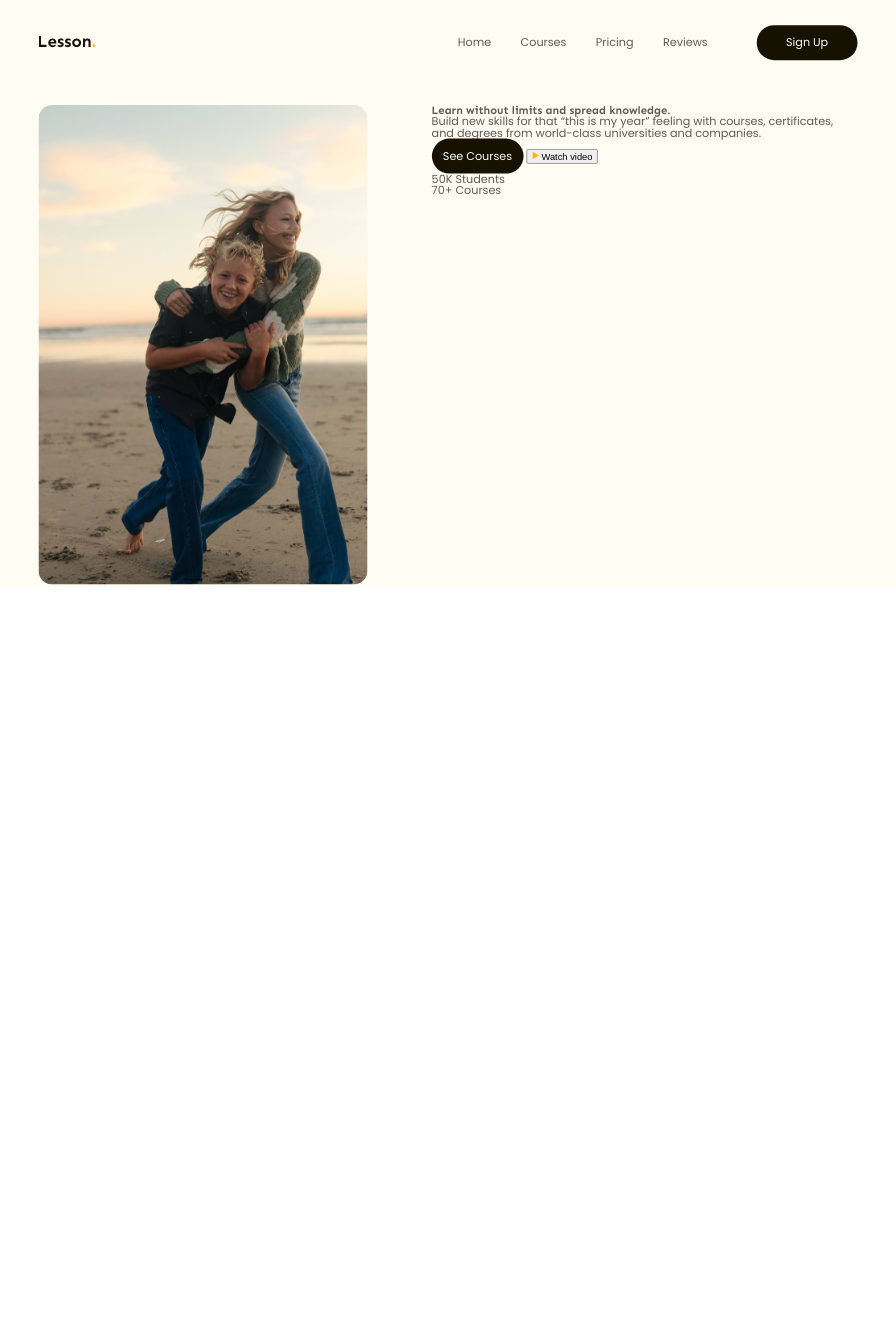
Repository: tinhtranjp/htmlcss-01
Page: index.html
The author's editor kept a copy of each file at every save. The page is drawn from the files as they stood at one save, then again after the next save.
The browser window is 1280 px wide. The pictures show the part of the page from y = 0 to 1920 px (the page is 5000 px tall), at 70% of full size.

Above is the page before, as saved 2023-01-20 05:08:29.

### index.html
<!DOCTYPE html>
<html lang="en">
  <head>
    <meta charset="UTF-8" />
    <meta http-equiv="X-UA-Compatible" content="IE=edge" />
    <meta name="viewport" content="width=device-width, initial-scale=1.0" />
    <title>Project-01</title>
    <link rel="stylesheet" href="./assets/css/reset.css" />
    <link rel="stylesheet" href="./assets/css/base.css" />
    <link rel="stylesheet" href="./assets/css/styles.css" />
    <link rel="preconnect" href="https://fonts.googleapis.com" />
    <link rel="preconnect" href="https://fonts.gstatic.com" crossorigin />
    <link
      href="https://fonts.googleapis.com/css2?family=Poppins:ital,wght@0,400;0,500;0,600;0,700;1,400&family=Sen:wght@700&display=swap"
      rel="stylesheet"
    />
  </head>
  <body>
    <div class="main" style="height: 5000px">
      <!-- Header -->
      <header class="header fixed">
        <div class="content">
          <div class="body">
            <a href=""
              ><img src="./assets/img/Lesson..svg" alt="Lesson." class="logo"
            /></a>

            <nav class="nav">
              <ul class="nav-list">
                <li class="nav-item">
                  <a href="#!">Home</a>
                </li>
                <li class="nav-item">
                  <a href="#!">Courses</a>
                </li>
                <li class="nav-item">
                  <a href="#!">Pricing</a>
                </li>
                <li class="nav-item">
                  <a href="#!">Reviews</a>
                </li>
              </ul>
            </nav>

            <div class="acction">
              <a href="#!" class="btn acction-btn">Sign Up</a>
            </div>
          </div>
        </div>
      </header>

      <!-- Hero -->
      <div class="hero">
        <div class="content">
          <div class="body">
            <div class="media">
              <img
                src="./assets/img/hero-img.jpg"
                alt="Learn without limits and spread knowledge."
                class="img-media"
              />
            </div>
            <div class="info">
              <h1 class="title">Learn without limits and spread knowledge.</h1>
              <p class="desc">
                Build new skills for that “this is my year” feeling with
                courses, certificates, and degrees from world-class universities
                and companies.
              </p>
              <div class="accition">
                <a href="" class="btn">See Courses</a>
                <button>
                  <img src="./assets/img/Polygon 2.svg" alt="" />
                  <span>Watch video</span>
                </button>
              </div>
              <p class="desc"></p>
              <p class="qty"><strong>50K</strong> Students</p>
              <p class="qty"><strong>70+</strong> Courses</p>
            </div>
          </div>
        </div>
      </div>
    </div>
  </body>
</html>

### assets/css/base.css
* {
  box-sizing: border-box;
}

:root {
  --primary-color: #ffb900;
}

html {
  font-size: 62.5%;
}

body {
  font-size: 1.6rem;
  font-family: "Poppins", sans-serif;
  font-weight: 400;
  color: #5f5b53;
}

.content {
  width: 1170px;
  max-width: calc(100% - 48px);
  margin-left: auto;
  margin-right: auto;
}

h1,
h2 {
  font-family: "Sen", sans-serif;
  font-weight: 700;
}

.text-line2 {
  display: -webkit-box;
  -webkit-line-clamp: 2;
  -webkit-box-orient: vertical;
  overflow: hidden;
}

.text-line2.text-line3 {
  -webkit-line-clamp: 3;
}

a {
  text-decoration: none;
}

.btn {
  display: inline-block;
  min-width: 118px;
  padding: 0 16px;
  height: 50px;
  line-height: 50px;
  text-align: center;
  background: #171100;
  border-radius: 25px;
  color: #fff;
}

.btn:hover {
  cursor: pointer;
  opacity: 0.9;
}

### assets/css/styles.css
/* ========================> Header <======================= */

.header {
  padding-top: 28px;
  background: #fffcf4;
}

.fixed {
  position: sticky;
  left: 0;
  top: -28px;
}

.header .logo:hover {
  cursor: pointer;
}

.header .body {
  display: flex;
  align-items: center;
  padding: 8px 0;
}

.header nav {
  margin-left: auto;
}

.header .nav-list {
  display: flex;
  align-items: center;
}

.header .nav-item > a {
  display: inline-block;
  padding: 8px 21px;
  line-height: 1.75;
  color: #5f5b53;
}

.header .nav-item > a::after {
  content: "";
  display: block;
  width: 0;
  height: 1.2px;
  background: var(--primary-color);
  transition: ease 0.4s;
}

.header .nav-item > a:hover::after {
  width: 100%;
}

.header .acction {
  margin-left: 49px;
}

.acction-btn {
  min-width: 144px;
}

.acction-btn:hover {
  background-color: transparent;
  color: #333;
  background-color: var(--primary-color);
  opacity: 0.7;
  transition: ease-in 0.2s;
}

/* ======================> Hero <==================== */

.hero {
  padding-top: 56px;
  background: #fffcf4;
}

.hero .body {
  display: flex;
}

.hero .media {
  width: 48%;
}

.hero .img-media {
  width: 470px;
  height: 685px;
  object-fit: cover;
  border-radius: 20px;
}

.hero .info {
  width: 52%;
}

Loaded but not shown: assets/css/reset.css (common file)

After the next save:
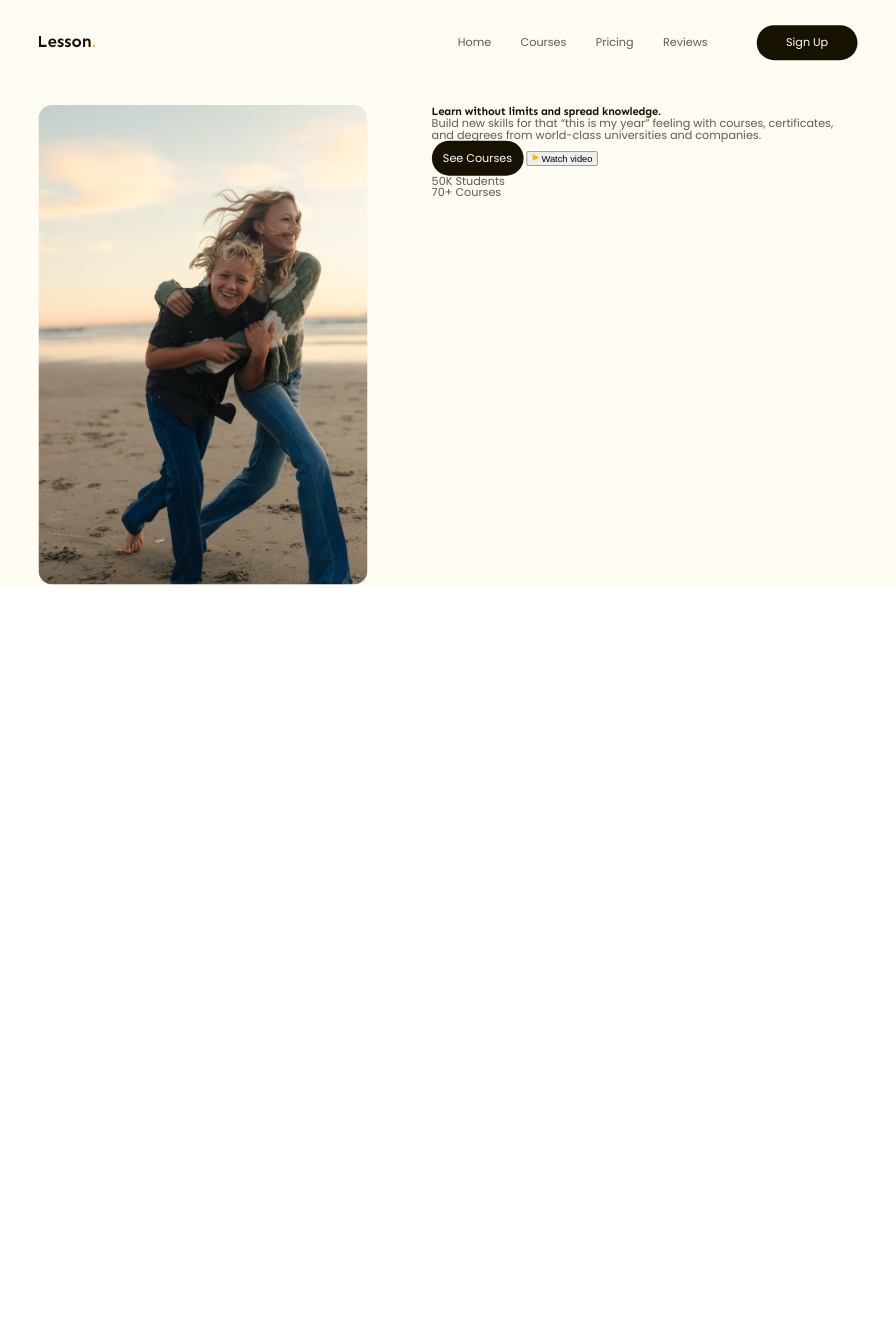
Saved 42 s later.
--- a/assets/css/styles.css
+++ b/assets/css/styles.css
@@ -91,3 +91,12 @@
 .hero .info {
   width: 52%;
 }
+
+.hero .info .title {
+  line-height: 1.17;
+  /* or 117% */
+
+  letter-spacing: -0.02em;
+
+  color: #171100;
+}
